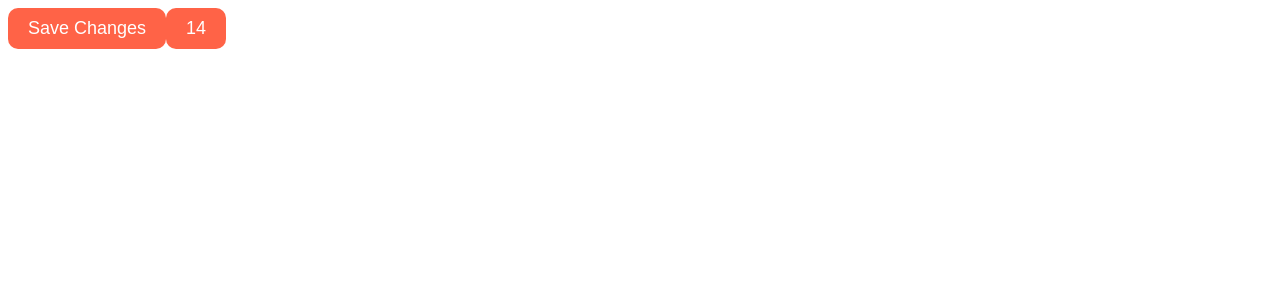
Repository: TaewookKwak/React
Page: propTypes.html
These files come from the project's save history. The page is drawn as it stood at one moment and after the next save; the edit follows.
The browser window is 1280 px wide. The pictures show the whole page.

Above is the page before, as saved 2021-12-15 13:40:54.

After the next save:
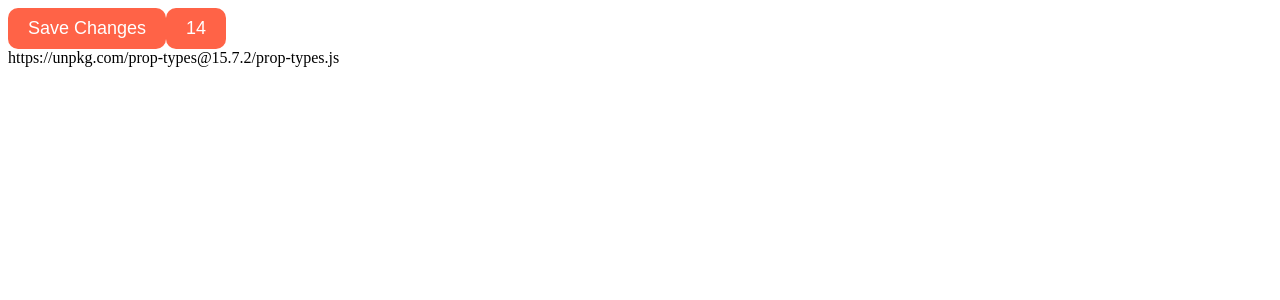
Saved 65 s later.
--- a/propTypes.html
+++ b/propTypes.html
@@ -6,6 +6,8 @@
   <script src="https://unpkg.com/react@17.0.2/umd/react.production.min.js"></script>
   <script src="https://unpkg.com/react-dom@17.0.2/umd/react-dom.production.min.js"></script>
   <script src="https://unpkg.com/@babel/standalone/babel.min.js"></script>
+  https://unpkg.com/prop-types@15.7.2/prop-types.js
+
   <script type="text/babel">
     const root = document.querySelector("#root");
     function Btn({ text, fontSize }) {

After the save that followed:
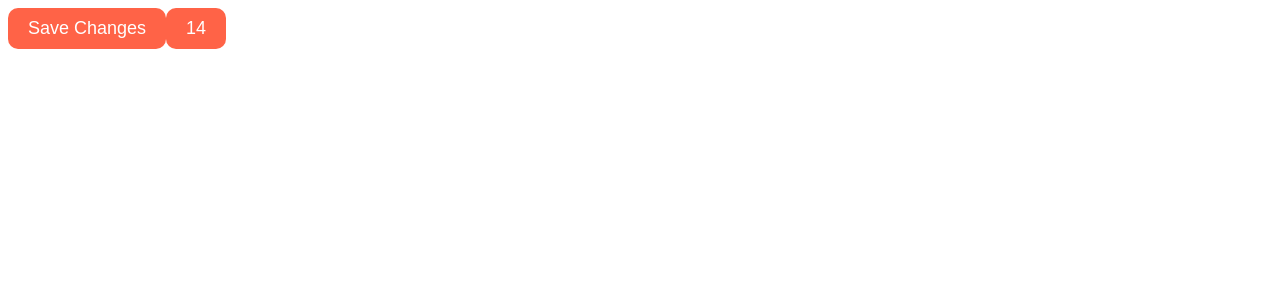
Saved 19 s later.
--- a/propTypes.html
+++ b/propTypes.html
@@ -6,8 +6,7 @@
   <script src="https://unpkg.com/react@17.0.2/umd/react.production.min.js"></script>
   <script src="https://unpkg.com/react-dom@17.0.2/umd/react-dom.production.min.js"></script>
   <script src="https://unpkg.com/@babel/standalone/babel.min.js"></script>
-  https://unpkg.com/prop-types@15.7.2/prop-types.js
-
+  <script src="https://unpkg.com/prop-types@15.7.2/prop-types.js"></script>
   <script type="text/babel">
     const root = document.querySelector("#root");
     function Btn({ text, fontSize }) {
